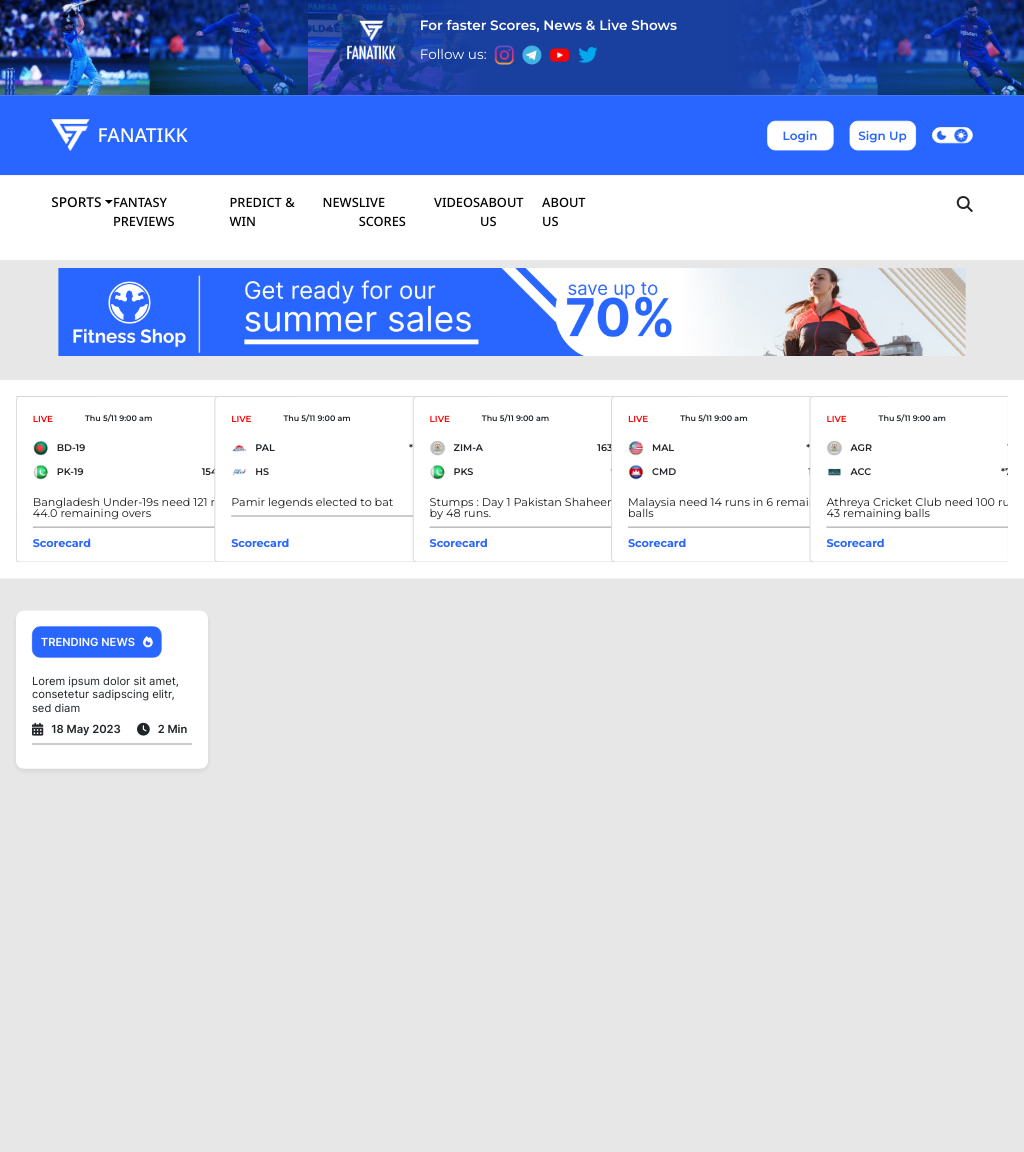
Repository: FlyweisReact/Kannapa
Page: /
An editor plug-in stored every save of this project. The page is shown before and after the next save, followed by the edit.
The browser window is 1280 px wide. The pictures show the whole page, at 80% of full size.
Some web libraries are served in a nearby version. The project was rebuilt for these pictures with package versions that can differ from the ones it lists, and the page was loaded fresh each time. Also part of the build but not shown: src/Components/Layout/Footer.js, src/Components/Sliders/Index-video-Slider.js, src/Components/firstScreen.jsx, src/Components/secondScreen.jsx, src/Components/thirdScreen.jsx, src/Components/fourthScreen.jsx, src/CSS/Footer.css.

Above is the page before, as saved 2023-06-03 13:37:24.

### public/index.html
<!DOCTYPE html>
<html lang="en">
  <head>
    <meta charset="utf-8" />
    <link rel="icon" href="%PUBLIC_URL%/favicon.ico" />
    <meta name="viewport" content="width=device-width, initial-scale=1" />
    <meta name="theme-color" content="#000000" />
    <meta
      name="description"
      content="Web site created using create-react-app"
    />
    <link rel="apple-touch-icon" href="%PUBLIC_URL%/logo192.png" />

    <link rel="manifest" href="%PUBLIC_URL%/manifest.json" />
    <link href="https://fonts.googleapis.com/css2?family=Roboto+Mono:ital,wght@1,300&display=swap" rel="stylesheet">
    <title>React App</title>
  </head>
  <body>
    <noscript>You need to enable JavaScript to run this app.</noscript>
    <div id="root"></div>
    <script src="https://code.jquery.com/jquery-3.6.0.min.js"></script>
    <script src="https://kit.fontawesome.com/b533b351e4.js" crossorigin="anonymous"></script>
  </body>
</html>

### src/Pages/HomeScreen.js
/** @format */

import React, { useState, useEffect } from "react";
import FadingCategory from "../Components/Layout/FadingNav/FadingCategory";
import FadingNav from "../Components/Layout/FadingNav/FadingNav";
import Header1 from "../Components/Layout/FadingNav/Header1";
import Navbar from "../Components/Layout/Navbar";
import ScoreCard from "../Components/Sliders/ScoreCard";

const HomeScreen = () => {
  const [scrolled, setScrolled] = useState(false);

  useEffect(() => {
    const handleScroll = () => {
      if (window.scrollY > 0) {
        setScrolled(true);
      } else {
        setScrolled(false);
      }
    };

    window.addEventListener("scroll", handleScroll);
    return () => {
      window.removeEventListener("scroll", handleScroll);
    };
  }, []);

  return (
    <>
      <section className="HomePage">
        <div className={`${scrolled ? "fade-out" : "fade-in"}`}>
          <Header1 />
          <FadingNav />
          <FadingCategory />
        </div>

        <div className={`${scrolled ? "fade-in" : "fade-out"}`}>
          <Navbar />
        </div>

        <div className="Index_Center_Banner">
          <img src="./Images/1.png" alt="" />
        </div>

        <div className="Score_Card_Layout">
          <ScoreCard />
        </div>

        <div className="Index_Three_Sec_Layout">
          <div className="left_Comp">
            <div className="Trading_News">
              <button>
                trending NEWS
                <i class="fa-solid fa-fire"></i>
              </button>

              <div className="desc">
                <p className="head">
                  Lorem ipsum dolor sit amet, consetetur sadipscing elitr, sed
                  diam
                </p>
                <div className="two_sec">
                  <div>
                    <i class="fa-solid fa-calendar-days"></i>
                    <p>18 May 2023</p>
                  </div>
                  <div>
                  <i class="fa-solid fa-clock"></i>
                    <p>2 Min</p>
                  </div>
                </div>
                <div className="empty"></div>
              </div>
            </div>
          </div>
          <div className="Mid_Comp"></div>
          <div className="Right_Comp"></div>
        </div>
      </section>
    </>
  );
};

export default HomeScreen;

### src/CSS/Navbar.css
/**
 * === navbar styling ====
 *
 * @format
 */
.Stick-navbar{
    height: 100%;
    transition: box-shadow 0.3s ease;
    height: 100px;
}
.Navbar {
  display: flex;
  justify-content: space-between;
  background: #2965ff;
  padding: 20px;
  width: 100%;
  gap: 20px;
  position: fixed !important;
  top: 0;
  z-index: 999;
  transition: box-shadow 0.3s ease;
  align-items: center;
}

.Navbar .Left_Container {
  width: 30%;
}
.Navbar .Left_Container .Logo_Div {
  display: flex;
  gap: 10px;
  justify-content: center;
  align-items: center;
}
.Navbar .Left_Container .Logo_Div p {
  color: #fff;
  font-size: var(--mediumFont);
  margin: 0;
}
.Navbar .Left_Container .Logo_Div img {
  width: 47.73px;
  height: 40px;
}

.Navbar .Right_Container {
  width: 70%;
  display: flex;
  justify-content: center;
  gap: 40px;
}
.Navbar .Right_Container .Item {
  display: flex;
  justify-content: baseline;
}

.Navbar .Right_Container .Item p {
  font-size: 16px;
  cursor: pointer;
  color: #ffffff;
  padding-top: 2px;
}

.Navbar .Right_Container .Item .DropDown {
  border: none;
  color: #fff;
  font-size: 17px;
  cursor: pointer;
  color: #ffffff;
  margin: 0;
  padding: 0;
}
.Navbar .Right_Container .Item .fa-magnifying-glass {
  color: #fff;
  font-size: 18px;
  cursor: pointer;
  padding-top: 7px;
}
.Navbar .Right_Container .Item .Toggle{
  width: 51.43px;
  height: 19.03px;
  display: flex;
  justify-content: space-between;
  align-items: center;
  padding-left: 5px;
  padding-right: 5px;
  border-radius: 10px;
  background-color: #fff;
  border: 1px solid #fff;
  cursor: pointer;
  align-items: center;
  margin-top: 8px;
}


/* Header 2 */
.Header1 {
  background-image: url("../../public/Images/22.png");
  color: #ffffff;
  width: 100%;
  background-repeat: no-repeat;
  background-size: cover;
  height: 119px;
  padding: 20px;
}
.Header1 .Main {
  display: flex;
  align-items: center;
  justify-content: center;
  gap: 30px;
}
.Header1 .Main p {
  margin: 0;
}
.Header1 .Main .Head {
  font-family: MontserratNormal;
  font-weight: 600;
  font-size: 17px;
  color: #ffffff;
}

.Header1 .Main .Two {
  display: flex;
  gap: 10px;
  margin-top: 10px;
  align-items: center;
}
.Header1 .Main .Two p {
  font-family: MontserratNormal;
  font-style: normal;
  font-weight: 400;
  font-size: 17px;
  line-height: 17px;
  color: #ffffff;
}
.Header1 .Main .Social {
  display: flex;
  gap: 10px;
  align-items: center;
}

/* Fading Navbar */

.Fading_Nav {
  display: flex;
  justify-content: space-between;
  background: #2965ff;
  padding: 30px;
  width: 100%;
  gap: 20px;
  align-items: center;
  padding-left: 5%;
  padding-right: 5%;
}

.Fading_Nav .Left_Container {
  width: 30%;
}
.Fading_Nav .Left_Container .Logo_Div {
  display: flex;
  gap: 10px;
  justify-content: flex-start;
  align-items: center;
}
.Fading_Nav .Left_Container .Logo_Div p {
  color: #fff;
  font-size: var(--mediumFont);
  margin: 0;
}
.Fading_Nav .Left_Container .Logo_Div img {
  width: 47.73px;
  height: 40px;
}

.Fading_Nav .Right_Container {
  width: 70%;
  display: flex;
  justify-content: flex-end;
  gap: 20px;
  align-items: center;
}
.Fading_Nav .Right_Container button {
  font-family: MontserratNormal;
  font-style: normal;
  font-weight: 600;
  width: 83px;
  height: 37px;
  border-radius: 10px;
  font-size: 15px;
  line-height: 19px;
  color: #2965ff;
  background-color: #fff;
  border: 1px solid #fff;
  cursor: pointer;
}
.Fading_Nav .Right_Container .Toggle {
  width: 51.43px;
  height: 19.03px;
  display: flex;
  justify-content: space-between;
  align-items: center;
  padding-left: 5px;
  padding-right: 5px;
}


/* Fading Category */
.Fading_Category{
    display: flex;
    justify-content: space-between;
    padding: 20px;
    background-color: #fff;
    padding-left: 5%;
    padding-right: 5%;
}
.Fading_Category .Left_Container {
    display: flex;
    justify-content: space-between;
    width: 60%;
}

.Fading_Category .Left_Container .Item {
    display: flex;
    justify-content: baseline;
  }

  .Fading_Category .Left_Container .Item p {
    font-size: 16px;
    cursor: pointer;
    color: #000;
    padding-top: 2px;
  }

  .Fading_Category .Left_Container .Item .DropDown {
    border: none;
    font-size: 17px;
    cursor: pointer;
    color: #000;
    margin: 0;
    padding: 0;
    border: none;
  }

.Fading_Category .Right_Container i{
    font-size: 20px;
    padding-top: 7px;
}


/* Fading Effect */
.HomePage{
    min-height: 200vh;
}
.fade-out{
    opacity: 0;
    transition: opacity 0.5s;
    height: 0;
    overflow: hidden;
}
.fade-in{
    opacity: 1;
    transition: opacity 0.5s;
    height: auto;
    overflow: hidden;
    width: 100%;
}

### src/CSS/Component.css
/** @format */

/* Fading Header */

/* Home Screen */
.Index_Center_Banner {
  width: 100%;
  padding: 10px;
}

.Index_Center_Banner img {
  width: 90%;
  display: block;
  margin: auto;
}

.Index_Center_GIF {
  width: 100%;
  padding: 10px;
}

.Index_Center_GIF img {
  width: 90%;
  display: block;
  margin: auto;
  height: 500px;
}

.Index_Center_Desc {
  display: flex;
  width: 90%;
  padding: 10px;
  margin: auto;
}

.Index_Center_Desc .Main_Comp {
  text-align: left;
}
.Index_Center_Desc .Main_Comp .head {
  font-size: 36px;
  color: #1d1d1d;
  text-shadow: 0px 1px 1px rgba(37, 37, 37, 0.5);
  margin: 0;
}

.Index_Center_Desc .Main_Comp .Two_Sec {
  display: flex;
  gap: 10px;
  align-items: flex-start;
}
.Index_Center_Desc .Main_Comp .Two_Sec img {
  height: 20px;
  margin-top: 4px;
}

.Index_Center_Desc .Main_Comp .Two_Sec p {
  color: rgba(29, 29, 29, 0.6);
  text-shadow: 0px 1px 1px rgba(37, 37, 37, 0.5);
  font-style: italic;
}

.Index_Center_Desc .Main_Comp .desc p {
  font-size: 16px;
  line-height: 24px;
  align-items: center;
  color: rgba(29, 29, 29, 0.6);
  max-width: 60%;
  font-style: italic;
  margin: 0;
}
.first5 p u {
  color: #333;
}

.Index_Logo_Div {
  display: flex;
  justify-content: space-between;
  align-items: center;
  width: 90%;
  margin: auto;
  padding-top: 10px;
  padding-bottom: 10px;
}
.Index_Logo_Div .Left_Comp {
  display: flex;
  gap: 10px;
  align-items: center;
}
.Index_Logo_Div .Right_Comp img {
  cursor: pointer;
}

.Index_Video_Slider {
  width: 90%;
  display: block;
  margin: auto;
  padding-top: 10px;
  padding-bottom: 10px;
}

.Video_Slider {
  width: 100%;
  /* padding: 20px; */
  display: block;
  margin: auto;
}
.Video_Slider .Main_Item {
  background: #ffffff;
  border: 1px solid #1d1d1d;
  border-radius: 10px;
  height: 400px;
}
.Video_Slider .Main_Item img {
  width: 100%;
  border-radius: 10px 10px 0px 0px;
}
.Video_Slider .Main_Item p {
  padding: 10px;
  font-family: Montserrat;
  font-size: 15px;
  line-height: 18px;
  color: #1d1d1d;
}
.Video_Slider .Main_Item:focus {
  outline: none;
}

.Index_Center_Button {
  width: 90%;
  display: block;
  margin: auto;
  padding-top: 10px;
  padding-bottom: 10px;
  margin-top: 2%;
  position: relative;
}
.Index_Center_Button button {
  font-family: Montserrat;
  font-size: 16px;
  line-height: 20px;
  text-transform: uppercase;
  width: 256px;
  color: #ffffff;
  background: #2965ff;
  border: 1px solid #2965ff;
  border-radius: 25px;
  padding: 10px;
  display: block;
  margin: auto;
}

.Index_Center_Button .empty {
  height: 4px !important;
  position: absolute;
  top: 50%;
  left: 50%;
  transform: translate(-50%, -50%);
  z-index: -1;
  background-color: #2965ff;
  width: 100%;
}

.Index_Three_Cont {
  width: 90%;
  display: grid;
  grid-template-columns: auto auto auto;
  gap: 20px;
  margin: auto;
  padding-top: 20px;
}
.Index_Three_Cont .Main_Component .head {
  font-family: Montserrat;
  font-style: normal;
  font-weight: 700;
  font-size: 22.3418px;
  line-height: 30px;
  color: #1d1d1d;
}
.Index_Three_Cont .Main_Component img {
  width: 100%;
}
.Index_Three_Cont .Main_Component .desc {
  font-family: Montserrat;
  font-style: normal;
  font-weight: 300;
  font-size: 15.9584px;
  line-height: 40px;
}

/* Score_Card_Slider */
.ScoreCard_Slider {
  background-color: #ffffff;
  padding: 20px;
  margin-top: 20px;
  margin-bottom: 20px;
}
.ScoreCard_Slider .Main_Item {
  border: 1px solid #cfcfcf;
  background-color: #fff;
  border-radius: 5px;
  padding: 20px;
  width: 350px !important;
  height: 208px !important;
  position: relative;
}
.ScoreCard_Slider .Main_Item .two_Sec {
  display: flex;
  gap: 40px;
  align-items: center;
  margin-bottom: 20px;
}
.ScoreCard_Slider .Main_Item .two_Sec p {
  margin: 0;
  font-family: MontserratNormal;
  font-style: normal;
  font-weight: 600;
  font-size: 10px;
  line-height: 14px;
}
.ScoreCard_Slider .Main_Item .two_Sec .first {
  margin: 0;
  font-family: MontserratNormal;
  font-style: normal;
  font-weight: 600;
  font-size: 11px;
  line-height: 14px;
  color: #ff0000;
}
.ScoreCard_Slider .slick-next:before {
  display: none !important;
}

.ScoreCard_Slider .Main_Item .Flags_Div {
  display: flex;
  justify-content: space-between;
  align-items: center;
  gap: 10px;
  margin-top: 10px;
}

.ScoreCard_Slider .Main_Item .Flags_Div div {
  display: flex;
  gap: 10px;
  align-items: center;
}
.ScoreCard_Slider .Main_Item .Flags_Div div p {
  margin: 0;
  font-family: MontserratNormal;
  font-style: normal;
  font-weight: 600;
  font-size: 12px;
  line-height: 17px;
}
.ScoreCard_Slider .Main_Item .desc {
  color: #1d1d1d;
  font-family: MontserratNormal;
  font-style: normal;
  font-weight: 400;
  font-size: 14px;
  line-height: 14px;
  width: 90%;
  margin: 0;
  margin-top: 20px;
}
.ScoreCard_Slider .Main_Item .empty {
  background-color: #bfbfbf;
  width: 100%;
  height: 2px;
  margin-top: 10px;
}
.ScoreCard_Slider .Main_Item .Scorecard {
  font-family: MontserratNormal;
  font-style: normal;
  font-weight: 700;
  font-size: 14px;
  line-height: 14px;
  position: absolute;
  letter-spacing: -0.11px;
  color: #2965ff;
  bottom: 0;
}

/* Index_Three_Sec_Layout */
.Index_Three_Sec_Layout {
  width: 100%;
  padding: 20px;
  display: flex;
  gap: 20px;
}
.Index_Three_Sec_Layout .left_Comp {
  width: 20%;
}
.Index_Three_Sec_Layout .Mid_Comp {
  width: 60%;
}
.Index_Three_Sec_Layout .Right_Comp {
  width: 20%;
}

.Index_Three_Sec_Layout .left_Comp .Trading_News {
  background-color: #fff;
  padding: 20px;
  box-shadow: 0px 3px 6px rgba(0, 0, 0, 0.08);
border-radius: 10px;
}
.Index_Three_Sec_Layout .left_Comp .Trading_News button {
  background-color: #2965ff;
  color: #fff;
  border: 1px solid #2965ff;
  text-transform: uppercase;
  border-radius: 10px;
  font-style: normal;
  font-weight: 600;
  font-size: 14px;
  line-height: 17px;
  font-family: Inter;
  padding: 10px;
  display: flex;
  gap: 10px;
  align-items: center;
  margin-bottom: 20px;
}

.Index_Three_Sec_Layout .left_Comp .Trading_News .desc{
  margin-top: 10px;
}
.Index_Three_Sec_Layout .left_Comp .Trading_News .desc .head{
  font-family: Inter;
  font-style: normal;
  font-weight: 400;
  font-size: 14px;
  line-height: 17px;
margin: 0;
}


.Index_Three_Sec_Layout .left_Comp .Trading_News .desc .two_sec{
  display: flex;
  align-items: center;
  gap: 20px;
  margin-top: 10px;
}
.Index_Three_Sec_Layout .left_Comp .Trading_News .desc .two_sec div{
  display: flex;
  align-items: center;
  gap: 10px;
}
.Index_Three_Sec_Layout .left_Comp .Trading_News .desc .two_sec div p{
margin: 0;
font-family: Inter;
font-style: normal;
font-weight: 600;
font-size: 14px;
line-height: 8px;
}
.Index_Three_Sec_Layout .left_Comp .Trading_News .desc .empty{
  width: 100%;
  height: 2px;
  background-color: #BFBFBF;
  margin-top: 10px;
  margin-bottom: 10px;
}

Loaded but not shown: src/App.css (common file); src/Components/Sliders/ScoreCard.js (443 lines, source omitted); src/Components/Layout/Navbar.js (71 lines, source omitted); src/Components/Layout/FadingNav/FadingCategory.js (57 lines, source omitted); src/App.js (32 lines, source omitted); src/Components/Layout/FadingNav/FadingNav.js (27 lines, source omitted); src/Components/Layout/FadingNav/Header1.js (32 lines, source omitted); src/index.js (17 lines, source omitted); src/index.css (634 lines, source omitted)

After the next save:
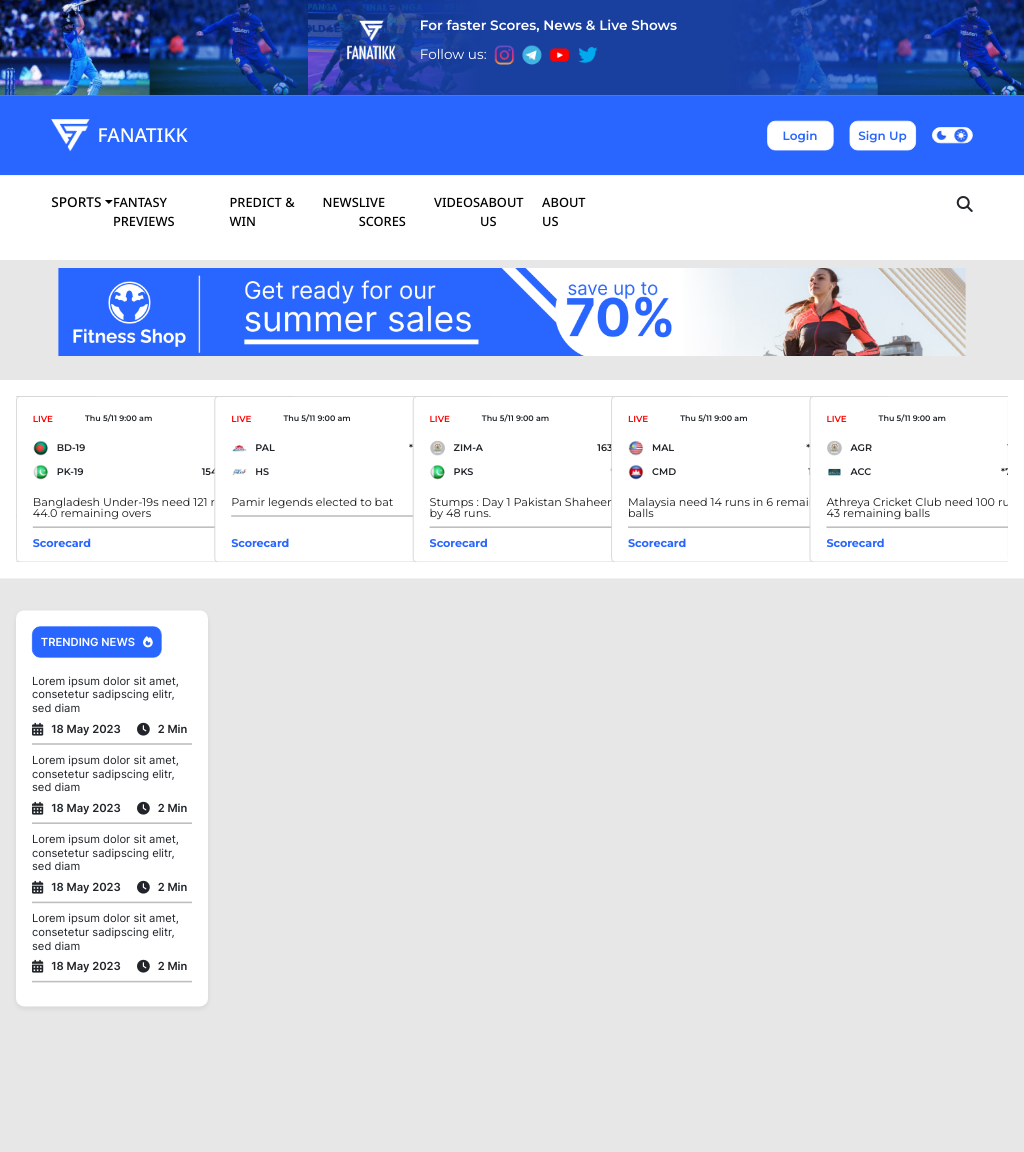
Saved 12 s later.
--- a/src/Pages/HomeScreen.js
+++ b/src/Pages/HomeScreen.js
@@ -71,6 +71,61 @@ const HomeScreen = () => {
                 </div>
                 <div className="empty"></div>
               </div>
+
+              <div className="desc">
+                <p className="head">
+                  Lorem ipsum dolor sit amet, consetetur sadipscing elitr, sed
+                  diam
+                </p>
+                <div className="two_sec">
+                  <div>
+                    <i class="fa-solid fa-calendar-days"></i>
+                    <p>18 May 2023</p>
+                  </div>
+                  <div>
+                  <i class="fa-solid fa-clock"></i>
+                    <p>2 Min</p>
+                  </div>
+                </div>
+                <div className="empty"></div>
+              </div>
+
+
+              <div className="desc">
+                <p className="head">
+                  Lorem ipsum dolor sit amet, consetetur sadipscing elitr, sed
+                  diam
+                </p>
+                <div className="two_sec">
+                  <div>
+                    <i class="fa-solid fa-calendar-days"></i>
+                    <p>18 May 2023</p>
+                  </div>
+                  <div>
+                  <i class="fa-solid fa-clock"></i>
+                    <p>2 Min</p>
+                  </div>
+                </div>
+                <div className="empty"></div>
+              </div>
+
+              <div className="desc">
+                <p className="head">
+                  Lorem ipsum dolor sit amet, consetetur sadipscing elitr, sed
+                  diam
+                </p>
+                <div className="two_sec">
+                  <div>
+                    <i class="fa-solid fa-calendar-days"></i>
+                    <p>18 May 2023</p>
+                  </div>
+                  <div>
+                  <i class="fa-solid fa-clock"></i>
+                    <p>2 Min</p>
+                  </div>
+                </div>
+                <div className="empty"></div>
+              </div>
             </div>
           </div>
           <div className="Mid_Comp"></div>
